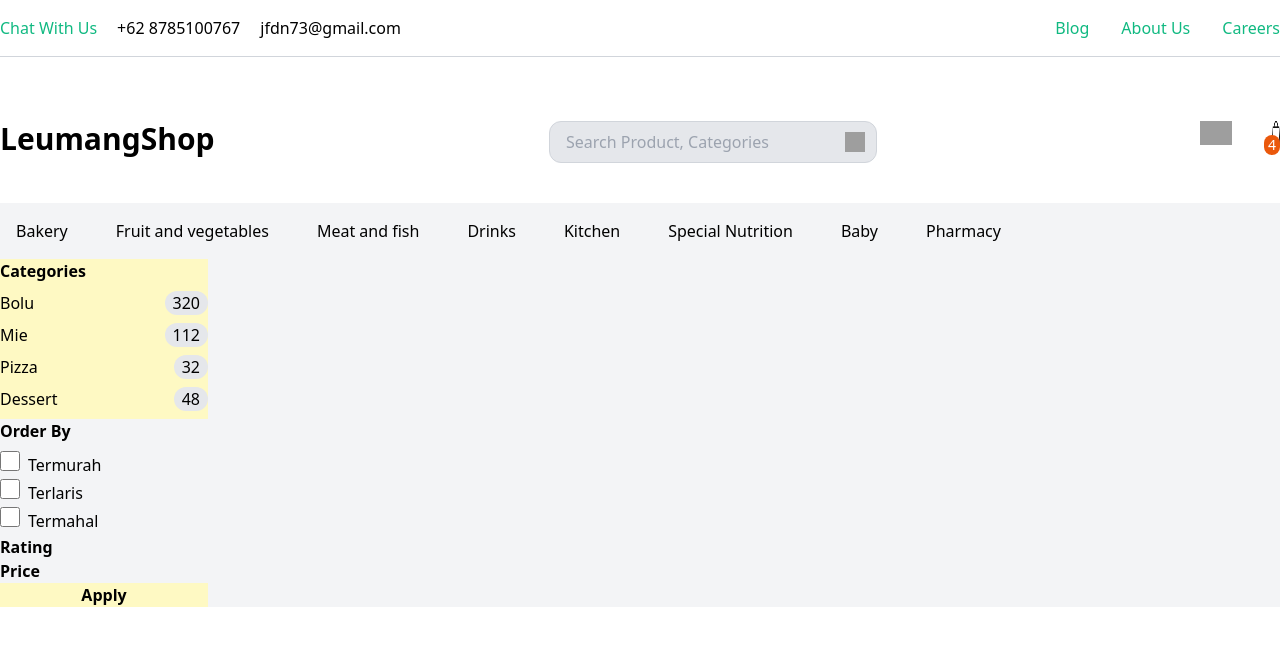
Repository: jafetdn73/ecommerce-tailwind
Page: /
These files come from the project's save history. The page is drawn as it stood at one moment and after the next save; the edit follows.
The browser window is 1280 px wide. The pictures show the whole page.
Pictures or frames that could not be fetched are drawn as grey boxes. The project was rebuilt for these pictures with package versions that can differ from the ones it lists, and the page was loaded fresh each time. Also part of the build but not shown: src/App.css.

Above is the page before, as saved 2022-03-13 22:10:06.

After the next save:
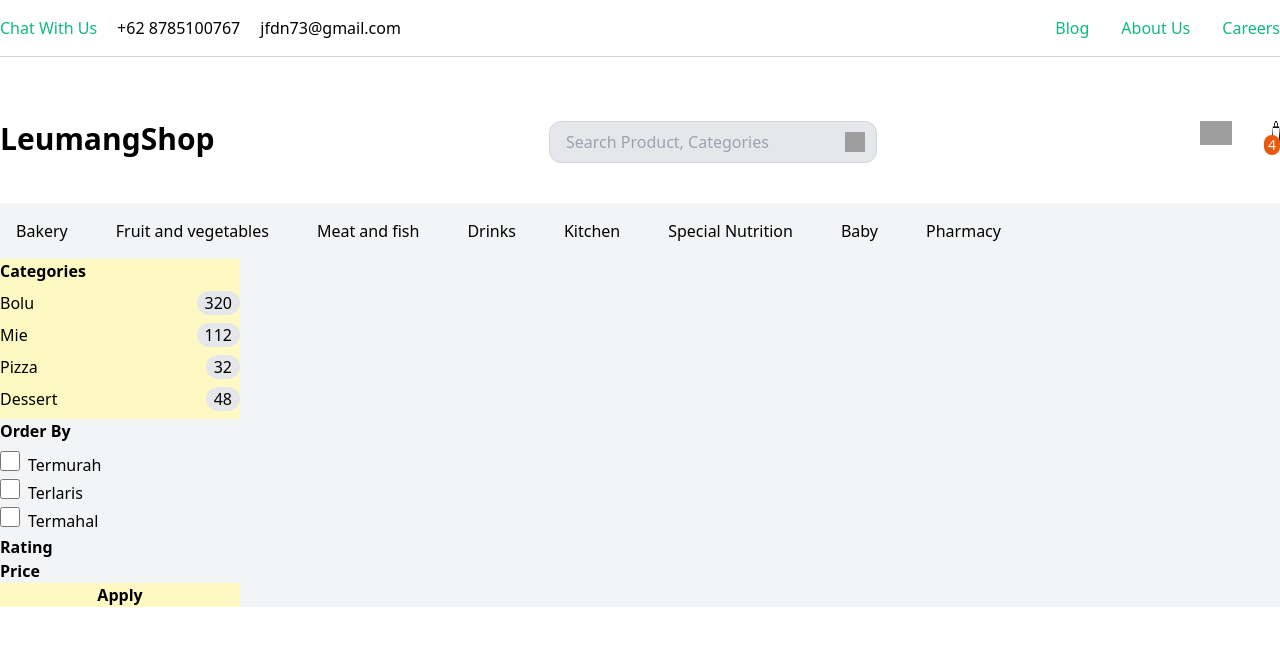
Saved 26 s later.
--- a/src/App.js
+++ b/src/App.js
@@ -56,7 +56,7 @@ function App() {
       {/* Container Wrapper */}
       <div className="bg-gray-100">
         {/* Side Bar Container */}
-        <div className="flex flex-col w-52 bg-yellow-100" >
+        <div className="flex flex-col w-60 bg-yellow-100" >
           {/* Categories Container */}
           <div className="flex flex-col">
             <h1 className="font-bold text-base mb-2">Categories</h1>
